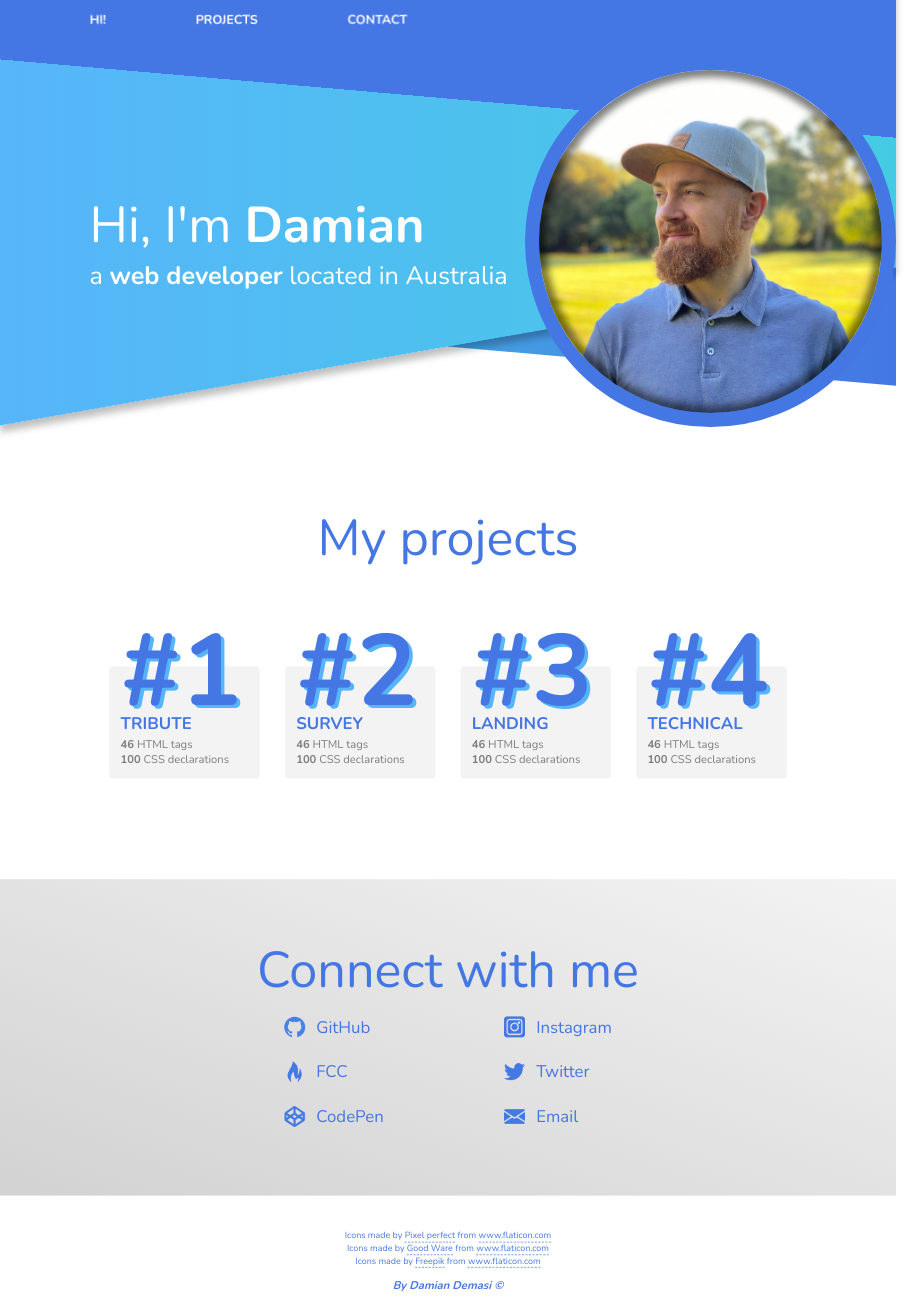
Repository: Colo-Codes/freecodecamp-05-Personal-Portfolio-Webpage
Page: index.html
These files come from the project's save history. The page is drawn as it stood at one moment and after the next save; the edit follows.
The browser window is 1280 px wide. The page is 1320 px wide, so the pictures cover 1320 px, including what lies to the right of the window. The pictures show the whole page, at 70% of full size.

Above is the page before, as saved 2021-06-04 07:12:48.

After the next save:
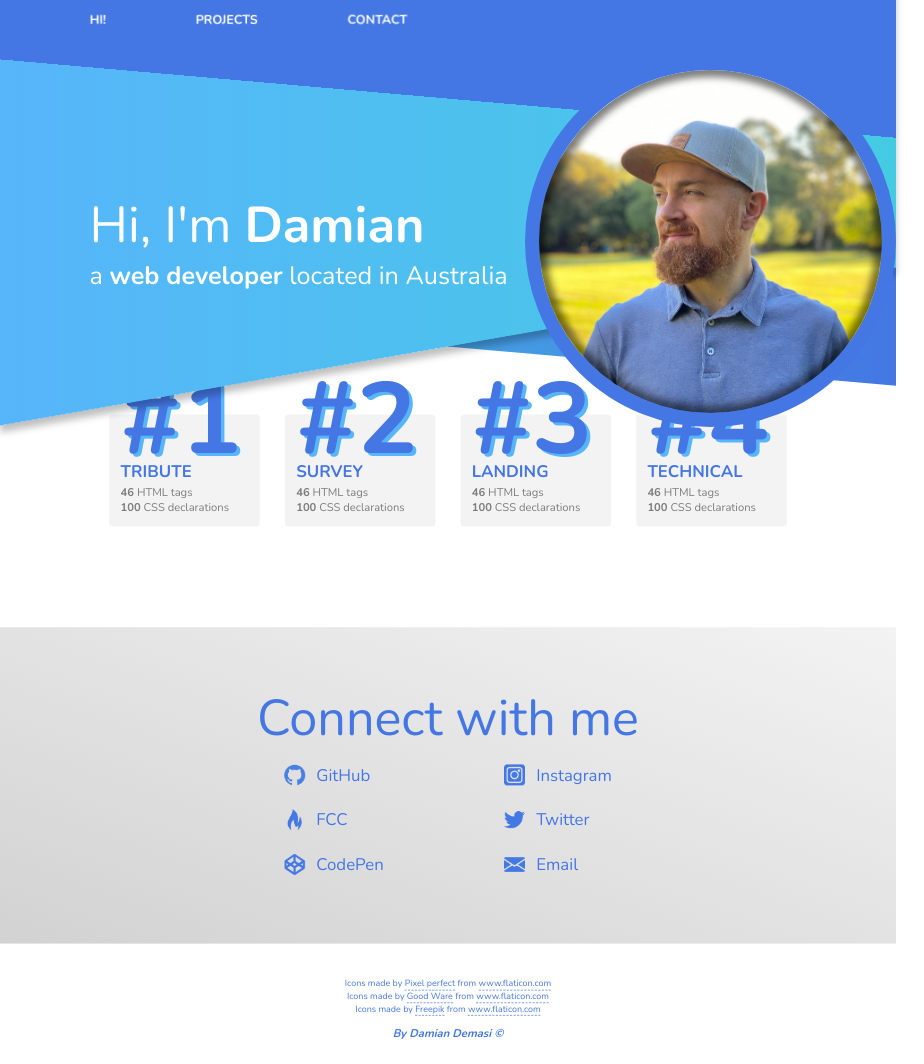
Saved 94 s later.
--- a/css/index.css
+++ b/css/index.css
@@ -66,7 +66,7 @@
 /* Hero */
 
 #welcome-section {
-    height: 200vh;
+    height: 150vh;
 }
 
 #welcome-section-container {

After the save that followed:
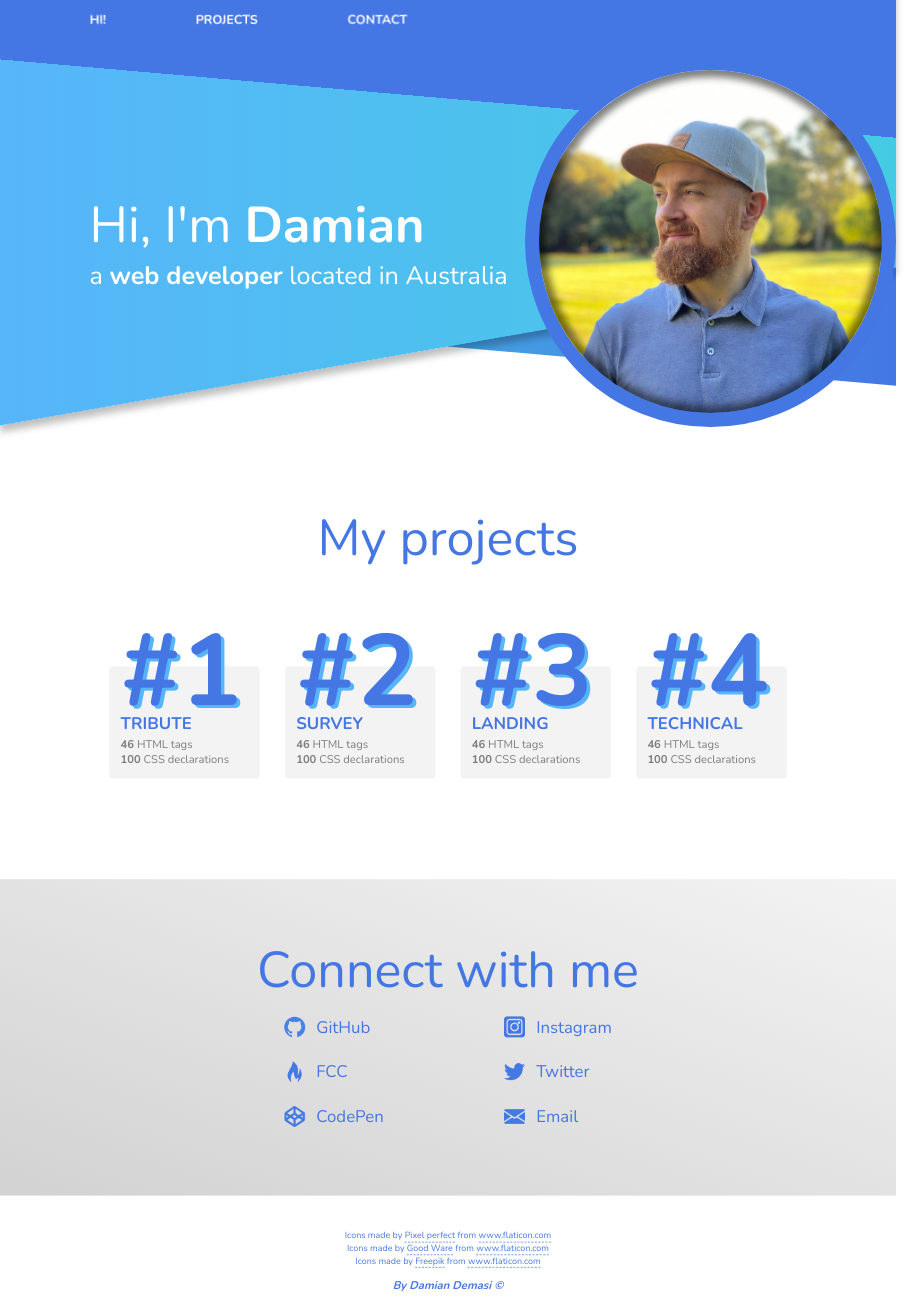
Saved 22 s later.
--- a/css/index.css
+++ b/css/index.css
@@ -66,7 +66,7 @@
 /* Hero */
 
 #welcome-section {
-    height: 150vh;
+    height: 200vh;
 }
 
 #welcome-section-container {
